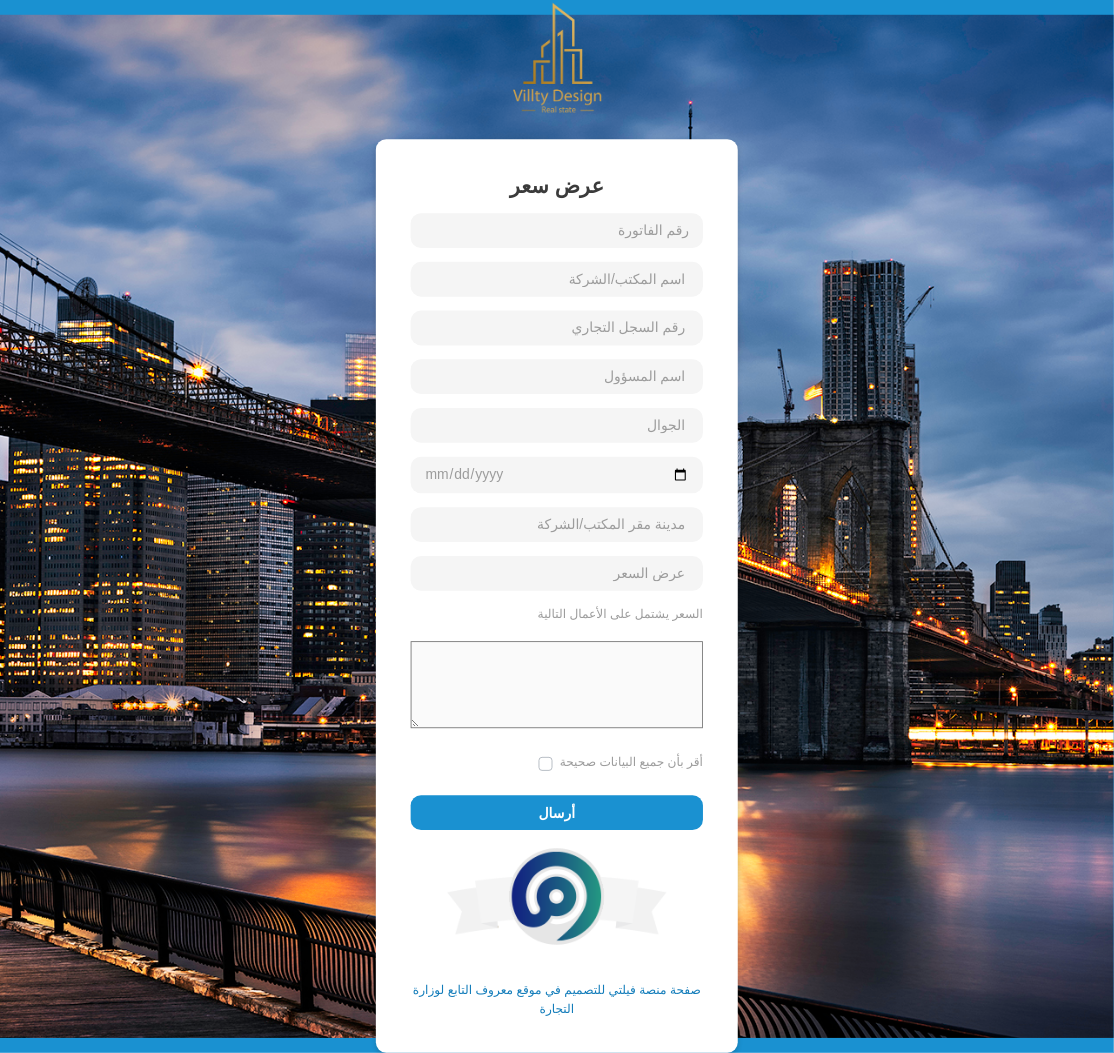
Repository: freejob985/shohragroup_form
Page: http://localhost/
An editor plug-in stored every save of this project. The page is shown before and after the next save, followed by the edit.
The browser window is 1280 px wide. The pictures show the whole page, at 87% of full size.
Some web fonts or font styles are not loaded; a fallback is used. The page is run by PHP 8.4 with error messages shown; the project is at /var/www/html/.

Above is the page before, as saved 2020-11-21 13:32:56.

After the next save:
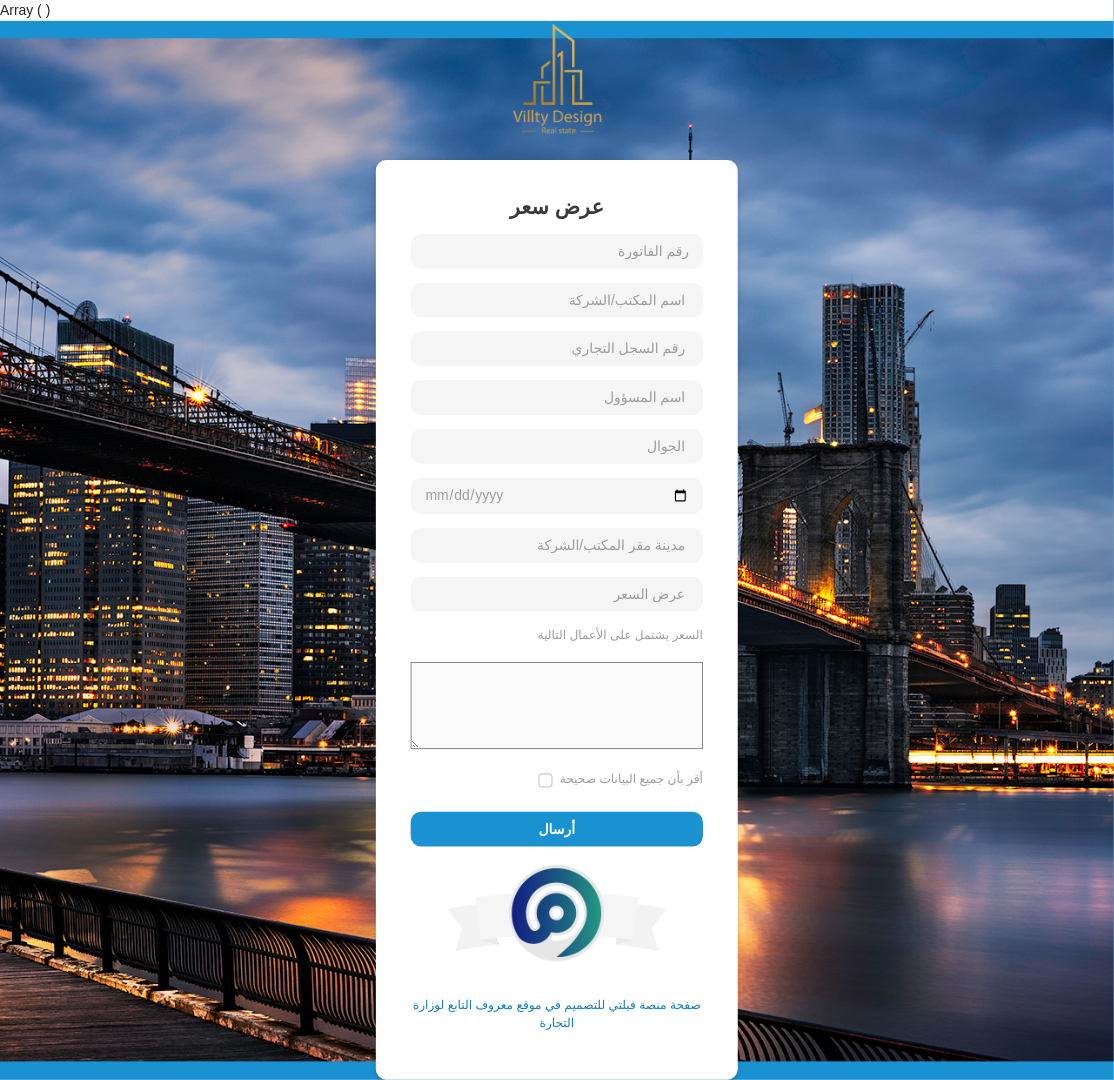
Saved 44 s later.
--- a/index.php
+++ b/index.php
@@ -1,7 +1,7 @@
 
 <?php
 //echo"<pre>";
-//print_r($_POST);
+print_r($_POST);
 if (isset($_POST['sub'])):
 if ($_POST['sub']):
     $Bill = filter_var($_POST['Bill'], FILTER_SANITIZE_STRING);
